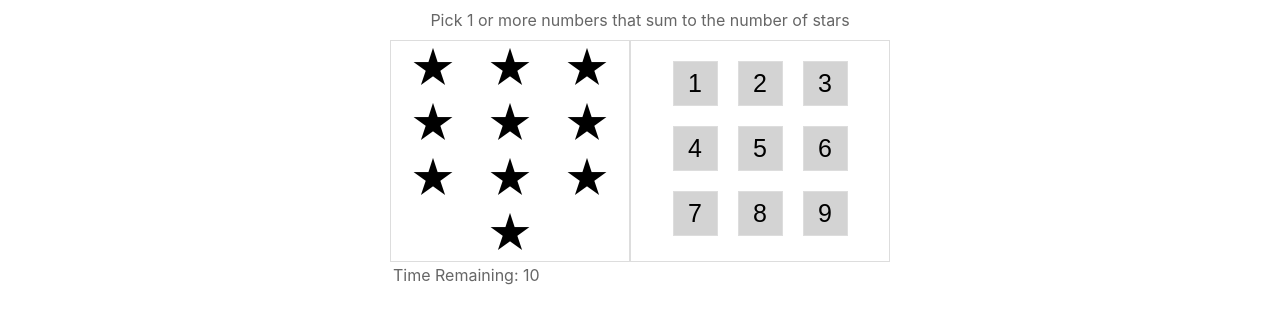
Repository: alicescfernandes/star-match-react-ts
Page: /
An editor plug-in stored every save of this project. The page is shown before and after the next save, followed by the edit.
The browser window is 1280 px wide. The pictures show the whole page.
The project was rebuilt for these pictures with package versions that can differ from the ones it lists, and the page was loaded fresh each time.

Above is the page before, as saved 2020-12-22 00:30:14.

After the next save:
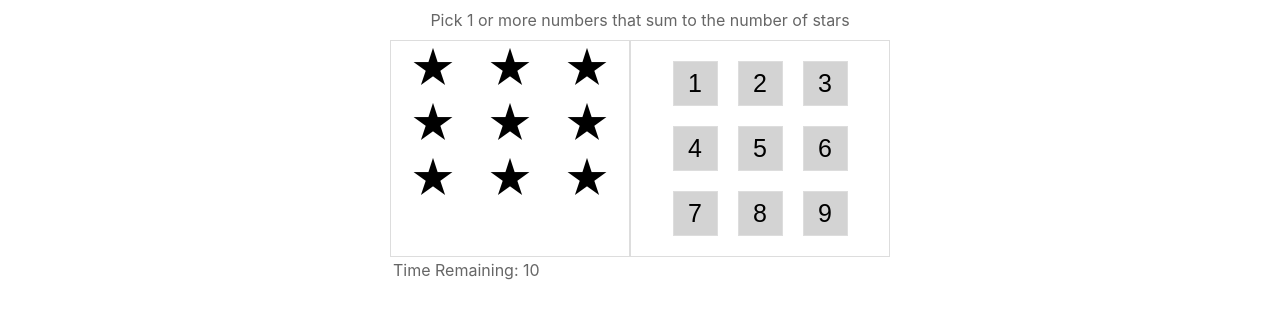
Saved 78 s later.
--- a/src/components/StarsDisplay.tsx
+++ b/src/components/StarsDisplay.tsx
@@ -5,8 +5,8 @@ function StarsDisplay(props: StarsDisplayProps) {
   let { stars } = props;
   return (
     <>
-      {utils.range(0, stars).map((id) => {
-        return <div key={"s"+id} className="star" />;
+      {utils.range(1, stars).map((id) => {
+        return <div key={Date.now()+"-s-"+id} className="star" />;
       })}
     </>
   );
